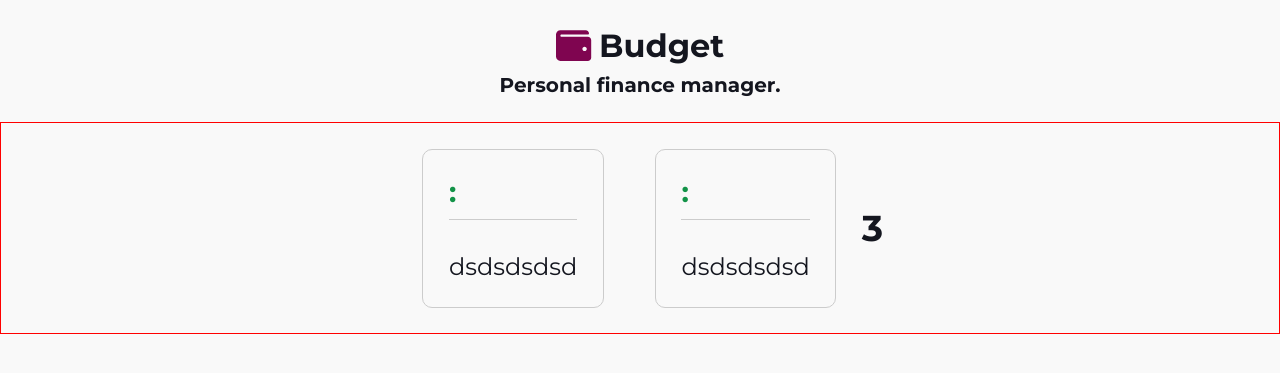
Repository: KrzysKolo/sr_tydzien4_zad4
Page: /
The author's editor kept a copy of each file at every save. The page is drawn from the files as they stood at one save, then again after the next save.
The browser window is 1280 px wide. The pictures show the whole page.
Some web libraries are served in a nearby version. The project was rebuilt for these pictures with package versions that can differ from the ones it lists, and the page was loaded fresh each time.

Above is the page before, as saved 2020-11-29 14:19:34.

### public/index.html
<!DOCTYPE html>
<html lang="en">
  <head>
    <meta charset="utf-8" />
    <link rel="icon" href="%PUBLIC_URL%/favicon.ico" />
    <meta name="viewport" content="width=device-width, initial-scale=1" />
    <meta name="theme-color" content="#000000" />
    <meta
      name="description"
      content="Web site created using create-react-app"
    />
    <link rel="apple-touch-icon" href="%PUBLIC_URL%/logo192.png" />
    <!--
      manifest.json provides metadata used when your web app is installed on a
      user's mobile device or desktop. See https://developers.google.com/web/fundamentals/web-app-manifest/
    -->
    <link rel="manifest" href="%PUBLIC_URL%/manifest.json" />
    <!--
      Notice the use of %PUBLIC_URL% in the tags above.
      It will be replaced with the URL of the `public` folder during the build.
      Only files inside the `public` folder can be referenced from the HTML.

      Unlike "/favicon.ico" or "favicon.ico", "%PUBLIC_URL%/favicon.ico" will
      work correctly both with client-side routing and a non-root public URL.
      Learn how to configure a non-root public URL by running `npm run build`.
    -->
    <link
      href="https://fonts.googleapis.com/css?family=Montserrat:200,400,700&display=swap&subset=latin-ext"
      rel="stylesheet"
    />
    <script
      src="https://kit.fontawesome.com/327a0d490c.js"
      crossorigin="anonymous"
    ></script>
    <title>Budget</title>
  </head>
  <body>
    <noscript>You need to enable JavaScript to run this app.</noscript>
    <div id="root"></div>
    <!--
      This HTML file is a template.
      If you open it directly in the browser, you will see an empty page.

      You can add webfonts, meta tags, or analytics to this file.
      The build step will place the bundled scripts into the <body> tag.

      To begin the development, run `npm start` or `yarn start`.
      To create a production bundle, use `npm run build` or `yarn build`.
    -->
  </body>
</html>

### src/App.js
import React from 'react';
import Budget from './components/Budget'

const App = () => {
  return (
    <>
      <Budget/>
    </>
  )
}

export default App;

### src/components/Budget.js
import React from 'react';
import Header from './budgetComponents/Header';
import Section from './budgetComponents/Section';
import styled, { createGlobalStyle } from 'styled-components';

const GlobalStyle = createGlobalStyle`
    * {
        padding: 0;
        margin: 0;
        box-sizing: border-box;
    }
    body {
        background-color: #f9f9f9;
        color: #14161f;
        font-family: "Montserrat", sans-serif;
        font-size: 16px;
        min-height: 100vh;
    }
    `;
const Container = styled.main`
    font-size: 1.5rem;
`;
const SectionContainer = styled.section`
    border: 1px solid red;
    display: flex;
    flex-direction: row;
    justify-content: center;
    align-items: center;
`;
const Budget = () => {
    return (
        <>
            <GlobalStyle />
            <Container>
                <Header />
                <SectionContainer>
                    <Section title={"Przychód"} />
                    <Section title={"Wydatki"}/>
                    <h1>3</h1>
                </SectionContainer>
            </Container>
        </>
    )
}

export default Budget;

### src/components/budgetComponents/Header.js
import React from 'react';
import styled from 'styled-components';
import { FontAwesomeIcon } from '@fortawesome/react-fontawesome';
import { faWallet } from '@fortawesome/free-solid-svg-icons';

const SectionHeader = styled.header`
    align-items: center;
    color: rgb(127, 5, 80);
    display: flex;
    font-size: 2.2rem;
    flex-direction: column;
    justify-content: center;
    padding: 2%;
`;
const DivHeader = styled.div`
    align-items: center;
    display: flex;
    flex-direction: row;
    justify-content: center;
    margin-bottom: 0.5rem;
`;
const H1Header = styled.h1`
    color: #14161f;
    font-size: 2rem;
    margin-left: .5rem;
`;
const H2Header = styled.h2`
    color: #14161f;
    font-size: 1.25rem;
`;
const Header = () => {
    return (
        <SectionHeader>
            <DivHeader>
                <FontAwesomeIcon icon={faWallet}/>
                <H1Header>Budget</H1Header>
            </DivHeader>
            <H2Header>Personal finance manager.</H2Header>
        </SectionHeader>
    )
}

export default Header;

### src/components/budgetComponents/Section.js
import React from 'react';
import H1 from './sectionComponents/H1';
import styled from 'styled-components';

const SectionWrapper = styled.section`
    border: 1px solid #ccc;
    border-radius: 10px;
    display: flex;
    flex-direction: column;
    margin: 2vw;
    padding: 2%;
`;
const Section = ({ title }) => {
    return (
        <SectionWrapper>
           <H1>{title} </H1>
           <p>dsdsdsdsd</p>
        </SectionWrapper>
    )
}

export default Section;

### src/components/budgetComponents/sectionComponents/H1.js
import React from 'react'
import styled from 'styled-components';

const TitleH1 = styled.h1`
    border-bottom: 1px solid #ccc;
    color: rgb(19, 147, 72);
    margin-bottom: 2rem;
    padding-bottom: 10px;
`;

const H1 = (props) => {
    return (
        <TitleH1>
            {props.title}:
        </TitleH1>
    )
}

export default H1;

Loaded but not shown: src/index.js (common file); src/index.css (common file)

After the next save:
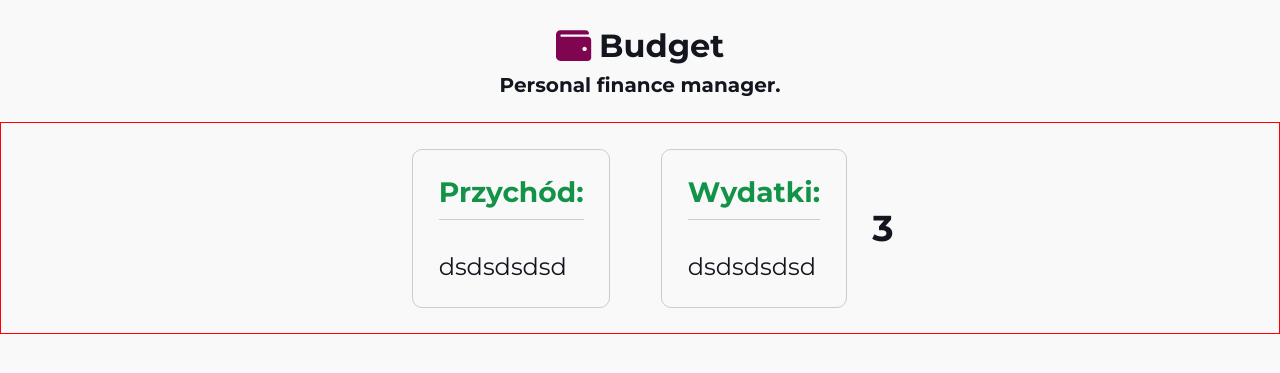
Saved 39 s later.
--- a/src/components/budgetComponents/Section.js
+++ b/src/components/budgetComponents/Section.js
@@ -13,7 +13,7 @@ const SectionWrapper = styled.section`
 const Section = ({ title }) => {
     return (
         <SectionWrapper>
-           <H1>{title} </H1>
+           <H1 title={title}> </H1>
            <p>dsdsdsdsd</p>
         </SectionWrapper>
     )
